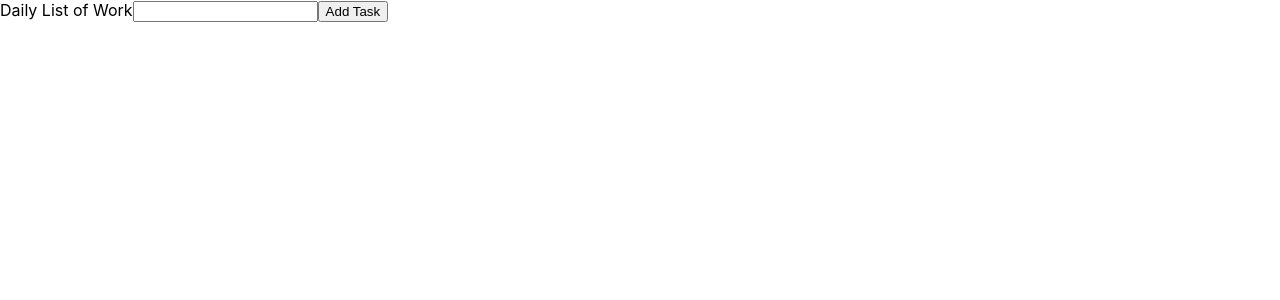
Repository: iamjayenmthakuri/todolist
Page: /
The author's editor kept a copy of each file at every save. The page is drawn from the files as they stood at one save, then again after the next save.
The browser window is 1280 px wide. The pictures show the whole page.
The project was rebuilt for these pictures with package versions that can differ from the ones it lists, and the page was loaded fresh each time.

Above is the page before, as saved 2022-09-19 09:32:04.

### src/App.js
import React from 'react';
import { useState } from 'react';

function App() {
const [todoList,setTodoList] = useState([]);
const [newTask,setNewTask] = useState("");

const handleOnChange=(event)=>{
  setNewTask(event.target.value)
};

const addTask = () => {
  const task ={
  id: todoList.lenght === 0 ? 1 : todoList[todoList.length-1].id+1,
  taskName:newTask,
}
  setTodoList([...todoList,task]);
};

const deleteTask = (id) => {
  setTodoList(todoList.filter((task) => task.id !== id));
};




  return (
    <div>
    <div>Daily List of Work

    <input onChange={handleOnChange} />
    <button onClick={addTask}>Add Task</button>
    {todoList.map((task)=>{
      return(
        <>
         <h1>{task.taskName}</h1>
      <h5><button onClick={()=>deleteTask(task.id)}>X</button></h5>
      </>
    );
    })}
    </div>
    </div>
  );
}

export default App;

Loaded but not shown: public/index.html (common file); src/index.js (common file); src/index.css (common file); src/reportWebVitals.js (common file)

After the next save:
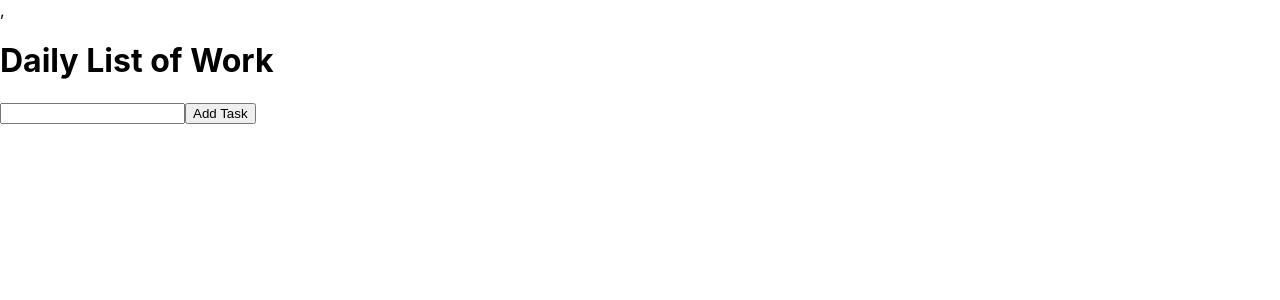
Saved 77 s later.
--- a/src/App.js
+++ b/src/App.js
@@ -26,7 +26,7 @@ const deleteTask = (id) => {
 
   return (
     <div>
-    <div>Daily List of Work
+    <div>,<h1>Daily List of Work</h1>
 
     <input onChange={handleOnChange} />
     <button onClick={addTask}>Add Task</button>
@@ -34,7 +34,7 @@ const deleteTask = (id) => {
       return(
         <>
          <h1>{task.taskName}</h1>
-      <h5><button onClick={()=>deleteTask(task.id)}>X</button></h5>
+      <h5><button onClick={ () => deleteTask(task.id)}>X</button></h5>
       </>
     );
     })}
